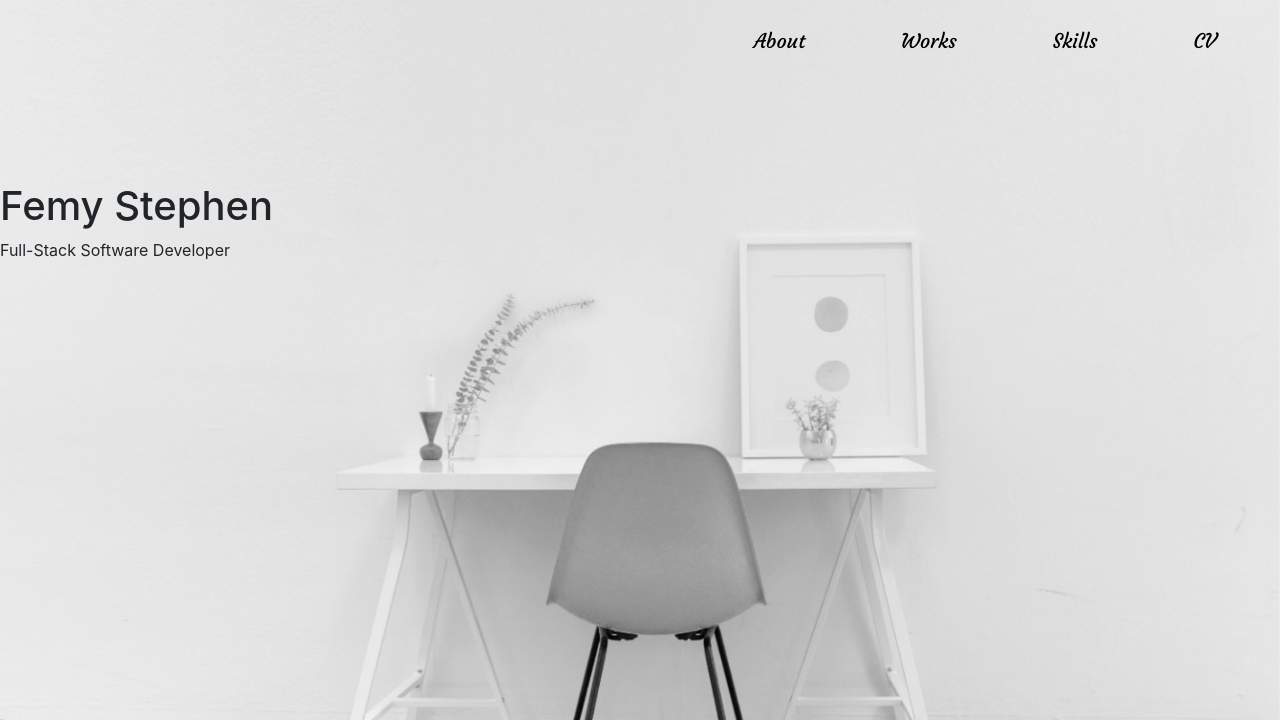
Repository: femy16/FemyStephen
Page: index.html
The author's editor kept a record of every edit. The page is drawn from the files as they stood at one moment, then again after the next edit.
The browser window is 1280 px wide. The pictures show the whole page.
Some web libraries are served in a nearby version.

Above is the page before.
Not found: hover.css

After the next edit:
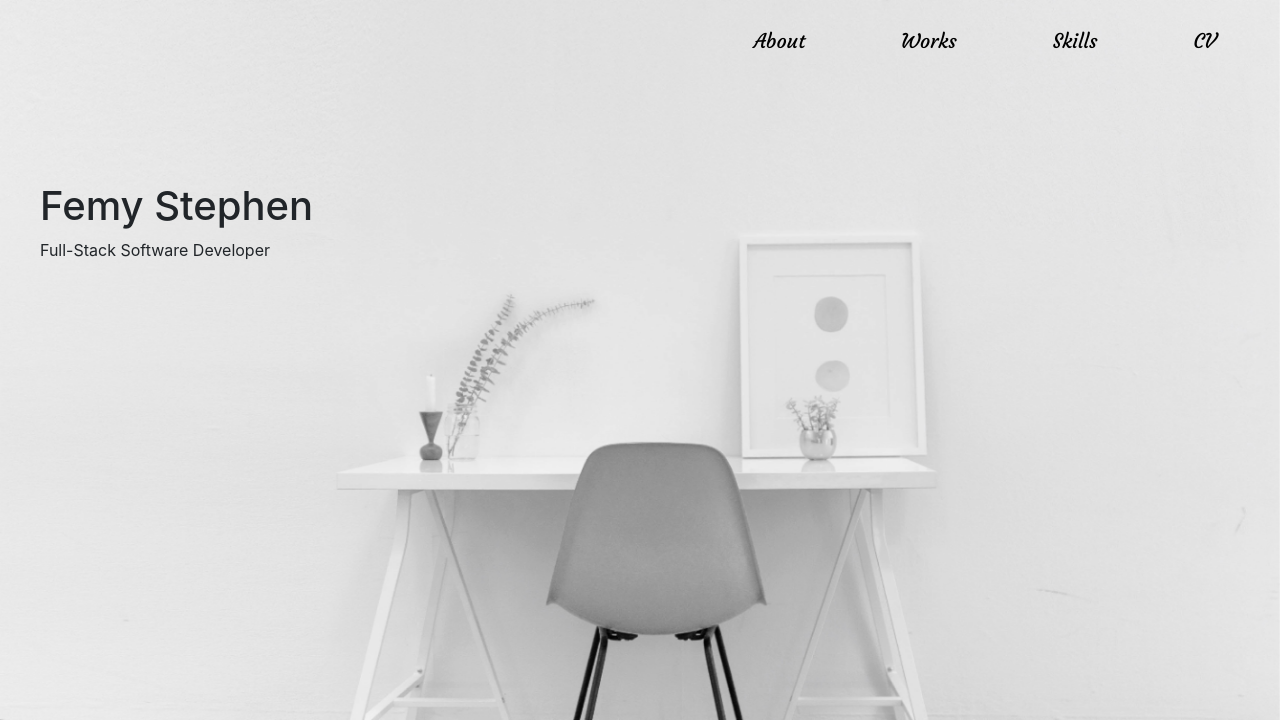
The edit:
--- a/style.css
+++ b/style.css
@@ -51,5 +51,6 @@
 }
 .headercontainer{
     margin-top:100px;
+   padding-left: 40px;
 
 }
